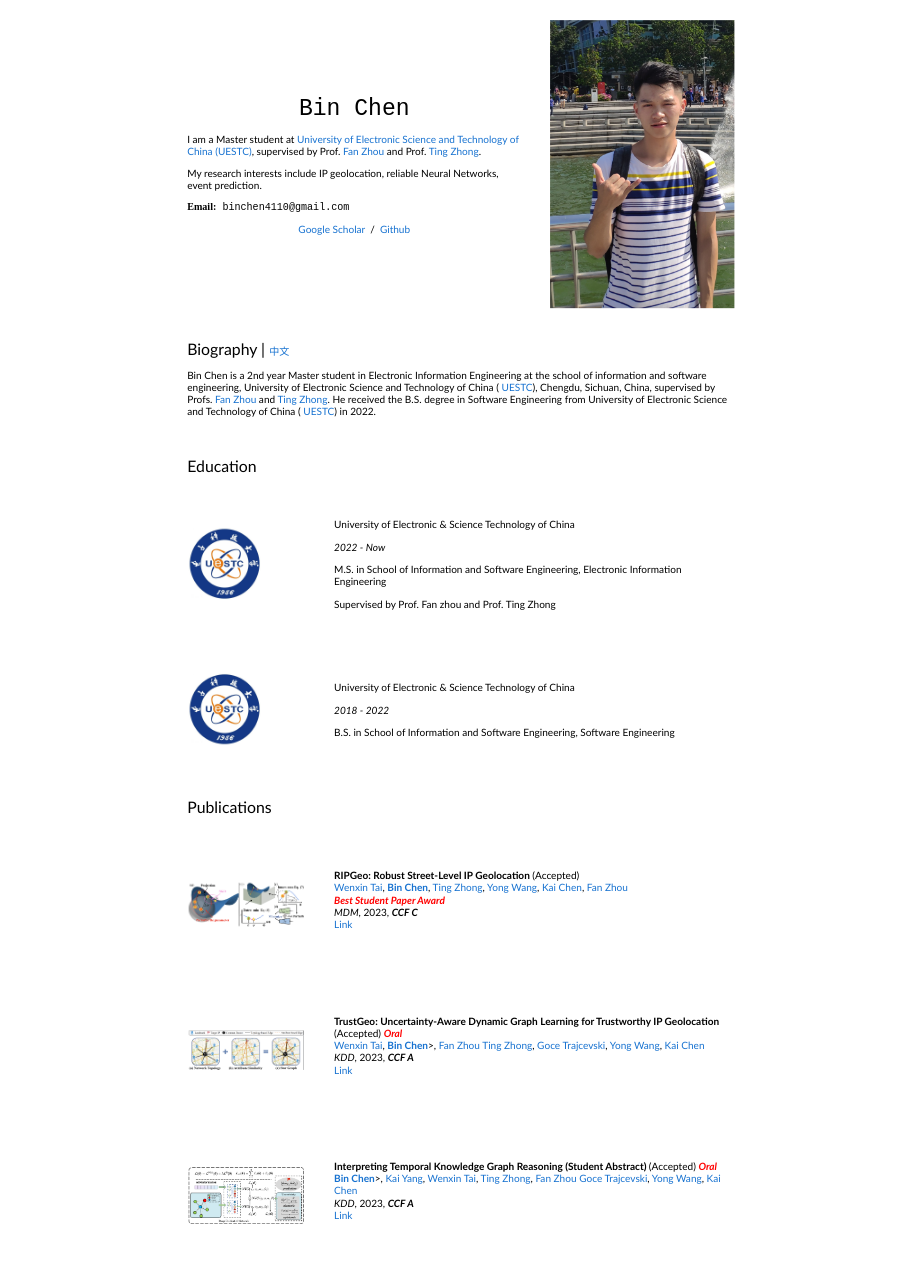
Repository: b1nchen/b1nchen.github.io
Page: index.html
These files come from the project's save history. The page is drawn as it stood at one moment and after the next save; the edit follows.
The browser window is 1280 px wide. The pictures show the part of the page from y = 0 to 1773 px (the page is 2141 px tall), at 72% of full size.
A picture or video elsewhere on the page could not be fetched, so the positions and the page height are approximate.

Above is the page before, as saved 2023-12-31 08:25:10.

### index.html
<!DOCTYPE HTML>
<html lang="en">

<head>
  <meta http-equiv="Content-Type" content="text/html; charset=UTF-8">

  <title>Bin Chen</title>

  <meta name="author" content="Bin Chen">
  <meta name="viewport" content="width=device-width, initial-scale=1">

  <link rel="stylesheet" type="text/css" href="stylesheet.css">
  <link rel="icon" href="images/uestc_icon.jpeg">
</head>

<body>

  <table
    style="width:100%;max-width:800px;border:0px;border-spacing:0px;border-collapse:separate;margin-right:auto;margin-left:auto;">
    <tbody>
      <tr style="padding:0px">
        <td style="padding:0px">
          <table
            style="width:100%;border:0px;border-spacing:0px;border-collapse:separate;margin-right:auto;margin-left:auto;">
            <tbody>
              <tr style="padding:0px">
                <td style="padding:2.5%;width:63%;vertical-align:middle">
                  <p style="text-align:center">
                    <name>Bin Chen</name>
                  </p>
                  <p>I am a Master student at <a href="https://en.uestc.edu.cn/">University of Electronic Science and
                      Technology of China (UESTC)</a>, supervised by Prof. <a
                      href="https://scholar.google.com/citations?user=Ihj2Rw8AAAAJ">Fan Zhou</a> and Prof. <a
                      href="https://scholar.google.com/citations?user=Mdr0XDkAAAAJ">Ting Zhong</a>.
                      <!-- <a href="xovee.cn">Xovee</a> also helps me a lot, as sa  -->
                  </p>
                  <p>
                    My research interests include IP geolocation, reliable Neural Networks, event prediction.
                  </p>
                  <p style="font-family: 'Courier New', Courier, monospace;">
                    <!-- <b style="font-family: 'Times New Roman', Times, serif;">Email:</b> <em>firstname</em>.<em>lastname</em>@ieee.org
                    <br>
                    &nbsp &nbsp &nbsp
                    <em>firstname</em>.<em>lastname</em>417@outlook.com <br> -->
                    <b style="font-family: 'Times New Roman', Times, serif;">
                      Email:</b> binchen4110@gmail.com
                     <br>

                  </p>
                  <p style="text-align:center">

                    <a href="https://scholar.google.com/citations?user=x3ufhFAAAAAJ/">Google Scholar</a>
                    &nbsp/&nbsp
                    <a href="https://github.com/binchen4110/">Github</a>
                  </p>

                </td>
                <td style="padding:2.5%;width:40%;max-width:40%">
                  <a href="images/profile.jpg"><img style="width:100%;max-width:100%" alt="profile photo"
                      src="images/profile.jpg" class="hoverZoomLink"></a>
                </td>
              </tr>
            </tbody>
          </table>

          <table
            style="width:100%;border:0px;border-spacing:0px;border-collapse:separate;margin-right:auto;margin-left:auto;">
            <tbody>
              <tr>
                <td style="padding:20px;width:100%;vertical-align:middle">
                  <heading>Biography |
                    <a href="index_CHN.html">中文</a>
                  </heading>
                  <p>
                    Bin Chen is a 2nd year Master student in Electronic Information Engineering at the school of information and
                    software engineering, University of Electronic Science and Technology of China (<a
                      href="https://en.uestc.edu.cn/"> UESTC</a>), Chengdu, Sichuan, China, supervised by Profs. <a
                      href="https://scholar.google.com/citations?user=Ihj2Rw8AAAAJ">Fan Zhou</a> and <a
                      href="https://scholar.google.com/citations?user=Mdr0XDkAAAAJ">Ting Zhong</a>. He received the B.S.
                    degree in Software Engineering from University of Electronic Science and Technology of China (<a
                      href="https://www.uestc.edu.cn/"> UESTC</a>) in 2022.
                  </p>
                  <!-- <p>
                    He is a (student) member of the IEEE.
                  </p> -->
                </td>
              </tr>
            </tbody>
          </table>

          <table
            style="width:100%;border:0px;border-spacing:0px;border-collapse:separate;margin-right:auto;margin-left:auto;">
            <tbody>
              <tr>
                <td style="padding:20px;width:100%;vertical-align:middle">
                  <heading>Education</heading>
                </td>
              </tr>
            </tbody>
          </table>
          <table width="100%" align="center" border="0" cellpadding="20">
            <tbody>

              <tr>
                <td style="padding:20px;width:25%;vertical-align:middle">
                  <div class="flexbox">
                    <img src='images/uestc_icon.jpeg' width="100px">
                  </div>
                </td>
                <td style="padding:20px;width:75%;vertical-align:middle">
                  <p>University of Electronic & Science Technology of China</p>
                  <em>2022 - Now</em>
                  <p>M.S. in School of Information and Software Engineering, Electronic Information Engineering</p>
                  <p>Supervised by Prof. Fan zhou and Prof. Ting Zhong</p>

                </td>
              </tr>


              <tr>
                <td style="padding:20px;width:25%;vertical-align:middle">
                  <div class="flexbox">
                    <img src='images/uestc_icon.jpeg' width="100px">
                  </div>
                </td>
                <td style="padding:20px;width:75%;vertical-align:middle">
                  <p>University of Electronic & Science Technology of China</p>
                  <em> 2018 -  2022 </em>
                  <p> B.S. in School of Information and Software Engineering, Software Engineering</p>
                </td>
              </tr>


            </tbody>
          </table>


          <table width="100%" align="center" border="0" cellspacing="0" cellpadding="20">
            <tbody>
              <tr>
                <td>
                  <heading>Publications</heading>
                </td>
              </tr>
            </tbody>
          </table>
          <table width="100%" align="center" border="0" cellpadding="20">
            <tbody>

            <!-- MDM 2023 -->
              <tr onmouseout="ripgeo_data()" onmouseover="ripgeo_para()">
                <td style="padding:20px;width:25%;vertical-align:middle">
                  <div class="one">
                    <div class="two" id='data'>
                      <img src='images/ripgeo_perturb_data.png' width="160">


                    </div>
                    <img src="images/ripgeo_perturb_para.png" width="160">
                  </div>
                  <script type="text/javascript">
                    function ripgeo_data() {
                      document.getElementById('data').style.opacity = "0";
                    }

                    function ripgeo_para() {
                      document.getElementById('data').style.opacity = "1";
                    }
                    ripgeo_data()
                  </script>
                </td>
                <td style="padding:20px;width:75%;vertical-align:middle">

                  <papertitle>RIPGeo: Robust Street-Level IP Geolocation </papertitle>(Accepted)

                  <br>

                  <a href="https://scholar.google.com/citations?user=YyxocAIAAAAJ">Wenxin Tai</a>,
                  <a href="https://scholar.google.com/citations?user=x3ufhFAAAAAJ"><strong>Bin Chen</strong></a>,
                  <a href="https://scholar.google.com/citations?user=Mdr0XDkAAAAJ">Ting Zhong</a>,
                  <a>Yong Wang</a>,
                  <a href="https://scholar.google.com/citations?user=tnRV5QYAAAAJ">Kai Chen</a>,
                  <a href="https://scholar.google.com/citations?user=Ihj2Rw8AAAAJ">Fan Zhou</a>

                  <br>
                  <em><b style="color:red">Best Student Paper Award</b></em>
                  <br>
                  <em>MDM</em>, 2023, <em><strong>CCF C</strong></em>
                  <br>

                  <a href="https://drive.google.com/file/d/1j4smzenp6JkSxMC43B8BnPLQ7Mr1zgMb/view?usp=sharing">Link</a>


                  <!-- <a href="https://ieeexplore.ieee.org/document/9747900">链接</a>,
                  <a href="https://youtu.be/uT1pEfHbo14">视频</a>,
                  <a href="papers/ICASSP_5513_poster.pdf">海报</a>,
                  <a href="papers/ICASSP_slides.pptx">幻灯片</a>,
                  <a href="papers/ICASSP_2022_FUFI.pdf">下载</a>
                  <p></p>
                  <p>We incorporate evidential learning into IP geolocation to improve the stability of the system.. -->
                  </p>
                </td>
              </tr>


              <!-- KDD 2023 -->
              <tr onmouseout="FUFI_intro()" onmouseover="FUFI_end()">
                <td style="padding:20px;width:25%;vertical-align:middle">
                  <div class="one">
                    <div class="two" id='method'>
                      <img src='images/trustgeo_method.png' width="160">


                    </div>
                    <img src="images/trustgeo_model.png" width="160">
                  </div>
                  <script type="text/javascript">
                    function FUFI_intro() {
                      document.getElementById('method').style.opacity = "0";
                    }

                    function FUFI_end() {
                      document.getElementById('method').style.opacity = "1";
                    }
                    FUFI_intro()
                  </script>
                </td>
                <td style="padding:20px;width:75%;vertical-align:middle">

                  <papertitle>TrustGeo: Uncertainty-Aware Dynamic Graph Learning for Trustworthy IP Geolocation </papertitle>(Accepted) <em><b style="color:red">Oral</b></em>


                  <br>
                  <a href="https://scholar.google.com/citations?user=YyxocAIAAAAJ">Wenxin Tai</a>,
                  <a href="https://scholar.google.com/citations?user=x3ufhFAAAAAJ"><strong>Bin Chen</strong></a>>,
                  <a href="https://scholar.google.com/citations?user=Ihj2Rw8AAAAJ">Fan Zhou</a>
                  <a href="https://scholar.google.com/citations?user=Mdr0XDkAAAAJ">Ting Zhong</a>,
                  <a href="https://scholar.google.com/citations?user=Avus2kcAAAAJ">Goce Trajcevski</a>,
                  <a>Yong Wang</a>,
                  <a href="https://scholar.google.com/citations?user=tnRV5QYAAAAJ">Kai Chen</a>
                  <br>
                  <em>KDD</em>, 2023, <em><strong>CCF A</strong></em>
                  <br>

                  <a href="https://drive.google.com/file/d/1PgxtmzdQAYr9Ti3rvHGgnyf05PbP-WwI/view?usp=drive_link">Link</a>
                  <!-- <a href="https://ieeexplore.ieee.org/document/9747900">链接</a>,
                  <a href="https://youtu.be/uT1pEfHbo14">视频</a>,
                  <a href="papers/ICASSP_5513_poster.pdf">海报</a>,
                  <a href="papers/ICASSP_slides.pptx">幻灯片</a>,
                  <a href="papers/ICASSP_2022_FUFI.pdf">下载</a>
                  <p></p>
                  <p>We incorporate evidential learning into IP geolocation to improve the stability of the system.. -->
                  </p>
                </td>
              </tr>

             <!-- AAAI 2024 poster -->
             <tr onmouseout="FUFI_intro()" onmouseover="FUFI_end()">
              <td style="padding:20px;width:25%;vertical-align:middle">
                <div class="one">
                  <div class="two" id='method'>
                    <img src='images/trustgeo_method.png' width="160">


                  </div>
                  <img src="images/trustgeo_model.png" width="160">
                </div>
                <script type="text/javascript">
                  function FUFI_intro() {
                    document.getElementById('method').style.opacity = "0";
                  }

                  function FUFI_end() {
                    document.getElementById('method').style.opacity = "1";
                  }
                  FUFI_intro()
                </script>
              </td>
              <td style="padding:20px;width:75%;vertical-align:middle">

                <papertitle>Interpreting Temporal Knowledge Graph Reasoning (Student Abstract) </papertitle>(Accepted) <em><b style="color:red">Oral</b></em>


                <br>

                <a href="https://scholar.google.com/citations?user=x3ufhFAAAAAJ"><strong>Bin Chen</strong></a>>,
                <a >Kai Yang</a>,
                <a href="https://scholar.google.com/citations?user=YyxocAIAAAAJ">Wenxin Tai</a>,
                <a href="https://scholar.google.com/citations?user=Mdr0XDkAAAAJ">Ting Zhong</a>,
                <a href="https://scholar.google.com/citations?user=Ihj2Rw8AAAAJ">Fan Zhou</a>

                <a href="https://scholar.google.com/citations?user=Avus2kcAAAAJ">Goce Trajcevski</a>,
                <a>Yong Wang</a>,
                <a href="https://scholar.google.com/citations?user=tnRV5QYAAAAJ">Kai Chen</a>
                <br>
                <em>KDD</em>, 2023, <em><strong>CCF A</strong></em>
                <br>

                <a href="https://drive.google.com/file/d/1PgxtmzdQAYr9Ti3rvHGgnyf05PbP-WwI/view?usp=drive_link">Link</a>
                <!-- <a href="https://ieeexplore.ieee.org/document/9747900">链接</a>,
                <a href="https://youtu.be/uT1pEfHbo14">视频</a>,
                <a href="papers/ICASSP_5513_poster.pdf">海报</a>,
                <a href="papers/ICASSP_slides.pptx">幻灯片</a>,
                <a href="papers/ICASSP_2022_FUFI.pdf">下载</a>
                <p></p>
                <p>We incorporate evidential learning into IP geolocation to improve the stability of the system.. -->
                </p>
              </td>
            </tr>


            </tbody>
          </table>
        </td>
      </tr>

    </table>

  <center>


  <p>
    <font size="2">
      <font size="2">
        <font size="2">&nbsp;<br>
          &nbsp; <a href="https://www.easycounter.com/">
            <img src="https://www.easycounter.com/counter.php?hyson"
            border="0" alt="Web Site Hit Counter"></a> <i>
            <font face="Arial" size="2">unique visitors since Feburary 2023</font>
          </i></font>
      </font>
    </font>
  </p>



  <p style="color: #AAAAAA;">© 2023 Bin Chen | Powered by <a href="https://pattonyu.github.io/">Haoyang Yu</a> and <a href="https://jonbarron.info/">Jon Barron </a> | updating time
    2023-02-28
        <!-- Friendly Link: <a href="https://xovee.cn">Xovee Xu</a> -->
    </p>
  </center>
</body>

</html>

### stylesheet.css
/* latin-ext */
@font-face {
  font-family: 'Lato';
  font-style: italic;
  font-weight: 400;
  src: local('Lato Italic'), local('Lato-Italic'), url(https://fonts.gstatic.com/s/lato/v15/S6u8w4BMUTPHjxsAUi-qNiXg7eU0.woff2) format('woff2');
  unicode-range: U+0100-024F, U+0259, U+1E00-1EFF, U+2020, U+20A0-20AB, U+20AD-20CF, U+2113, U+2C60-2C7F, U+A720-A7FF;
}
/* latin */
@font-face {
  font-family: 'Lato';
  font-style: italic;
  font-weight: 400;
  src: local('Lato Italic'), local('Lato-Italic'), url(https://fonts.gstatic.com/s/lato/v15/S6u8w4BMUTPHjxsAXC-qNiXg7Q.woff2) format('woff2');
  unicode-range: U+0000-00FF, U+0131, U+0152-0153, U+02BB-02BC, U+02C6, U+02DA, U+02DC, U+2000-206F, U+2074, U+20AC, U+2122, U+2191, U+2193, U+2212, U+2215, U+FEFF, U+FFFD;
}
/* latin-ext */
@font-face {
  font-family: 'Lato';
  font-style: italic;
  font-weight: 700;
  src: local('Lato Bold Italic'), local('Lato-BoldItalic'), url(https://fonts.gstatic.com/s/lato/v15/S6u_w4BMUTPHjxsI5wq_FQftx9897sxZ.woff2) format('woff2');
  unicode-range: U+0100-024F, U+0259, U+1E00-1EFF, U+2020, U+20A0-20AB, U+20AD-20CF, U+2113, U+2C60-2C7F, U+A720-A7FF;
}
/* latin */
@font-face {
  font-family: 'Lato';
  font-style: italic;
  font-weight: 700;
  src: local('Lato Bold Italic'), local('Lato-BoldItalic'), url(https://fonts.gstatic.com/s/lato/v15/S6u_w4BMUTPHjxsI5wq_Gwftx9897g.woff2) format('woff2');
  unicode-range: U+0000-00FF, U+0131, U+0152-0153, U+02BB-02BC, U+02C6, U+02DA, U+02DC, U+2000-206F, U+2074, U+20AC, U+2122, U+2191, U+2193, U+2212, U+2215, U+FEFF, U+FFFD;
}
/* latin-ext */
@font-face {
  font-family: 'Lato';
  font-style: normal;
  font-weight: 400;
  src: local('Lato Regular'), local('Lato-Regular'), url(https://fonts.gstatic.com/s/lato/v15/S6uyw4BMUTPHjxAwXiWtFCfQ7A.woff2) format('woff2');
  unicode-range: U+0100-024F, U+0259, U+1E00-1EFF, U+2020, U+20A0-20AB, U+20AD-20CF, U+2113, U+2C60-2C7F, U+A720-A7FF;
}
/* latin */
@font-face {
  font-family: 'Lato';
  font-style: normal;
  font-weight: 400;
  src: local('Lato Regular'), local('Lato-Regular'), url(https://fonts.gstatic.com/s/lato/v15/S6uyw4BMUTPHjx4wXiWtFCc.woff2) format('woff2');
  unicode-range: U+0000-00FF, U+0131, U+0152-0153, U+02BB-02BC, U+02C6, U+02DA, U+02DC, U+2000-206F, U+2074, U+20AC, U+2122, U+2191, U+2193, U+2212, U+2215, U+FEFF, U+FFFD;
}
/* latin-ext */
@font-face {
  font-family: 'Lato';
  font-style: normal;
  font-weight: 700;
  src: local('Lato Bold'), local('Lato-Bold'), url(https://fonts.gstatic.com/s/lato/v15/S6u9w4BMUTPHh6UVSwaPGQ3q5d0N7w.woff2) format('woff2');
  unicode-range: U+0100-024F, U+0259, U+1E00-1EFF, U+2020, U+20A0-20AB, U+20AD-20CF, U+2113, U+2C60-2C7F, U+A720-A7FF;
}
/* latin */
@font-face {
  font-family: 'Lato';
  font-style: normal;
  font-weight: 700;
  src: local('Lato Bold'), local('Lato-Bold'), url(https://fonts.gstatic.com/s/lato/v15/S6u9w4BMUTPHh6UVSwiPGQ3q5d0.woff2) format('woff2');
  unicode-range: U+0000-00FF, U+0131, U+0152-0153, U+02BB-02BC, U+02C6, U+02DA, U+02DC, U+2000-206F, U+2074, U+20AC, U+2122, U+2191, U+2193, U+2212, U+2215, U+FEFF, U+FFFD;
}

a {
  color: #1772d0;
  text-decoration: none;
}

a:focus,
a:hover {
  color: #f09228;
  text-decoration: none;
}

body,
td,
th,
tr,
p,
a {
  font-family: 'Lato', Verdana, Helvetica, sans-serif;
  font-size: 14px
}

strong {
  font-family: 'Lato', Verdana, Helvetica, sans-serif;
  font-size: 14px;
}

heading {
  font-family: 'Lato', Verdana, Helvetica, sans-serif;
  font-size: 22px;
}

papertitle {
  font-family: 'Lato', Verdana, Helvetica, sans-serif;
  font-size: 14px;
  font-weight: 700
}

name {
  font-family: 'Courier New', Courier, monospace;
  font-size: 32px;
}


.flexbox{
  width: 160px;
  height: 160px;
  display: flex;
  align-items: center;
  justify-items: center;
  /* text-align: center; */
}

.flexbox img{
  justify-items: center;
  align-items: center;
  /* text-align: center; */
}


.one {
  width: 160px;
  height: 160px;
  display: flex;
  position: relative;
  align-items: center;
}

.one img{
  width: 160px;
  align-items: center;
}

.two {
  width: 160px;
  height: 160px;
  display: flex;
  position: absolute;
  transition: opacity .2s ease-in-out;
  -moz-transition: opacity .2s ease-in-out;
  -webkit-transition: opacity .2s ease-in-out;
  align-items: center;
}

.two img{
  width: 160px;
  align-items: center;
}

.fade {
  transition: opacity .2s ease-in-out;
  -moz-transition: opacity .2s ease-in-out;
  -webkit-transition: opacity .2s ease-in-out;
}

span.highlight {
  background-color: #ffffd0;
}

After the next save:
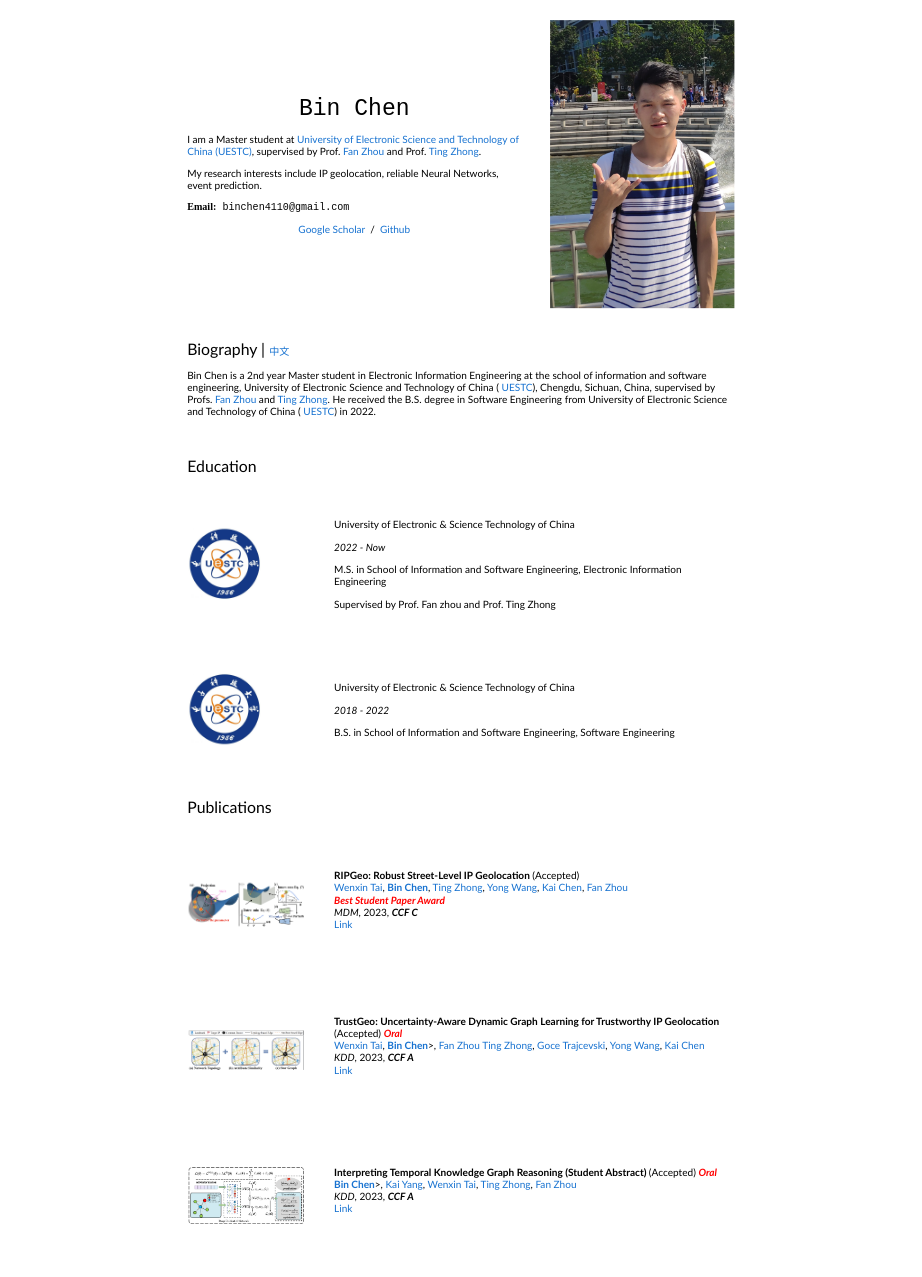
Saved 7 s later.
--- a/index.html
+++ b/index.html
@@ -289,9 +289,6 @@
                 <a href="https://scholar.google.com/citations?user=Mdr0XDkAAAAJ">Ting Zhong</a>,
                 <a href="https://scholar.google.com/citations?user=Ihj2Rw8AAAAJ">Fan Zhou</a>
 
-                <a href="https://scholar.google.com/citations?user=Avus2kcAAAAJ">Goce Trajcevski</a>,
-                <a>Yong Wang</a>,
-                <a href="https://scholar.google.com/citations?user=tnRV5QYAAAAJ">Kai Chen</a>
                 <br>
                 <em>KDD</em>, 2023, <em><strong>CCF A</strong></em>
                 <br>
